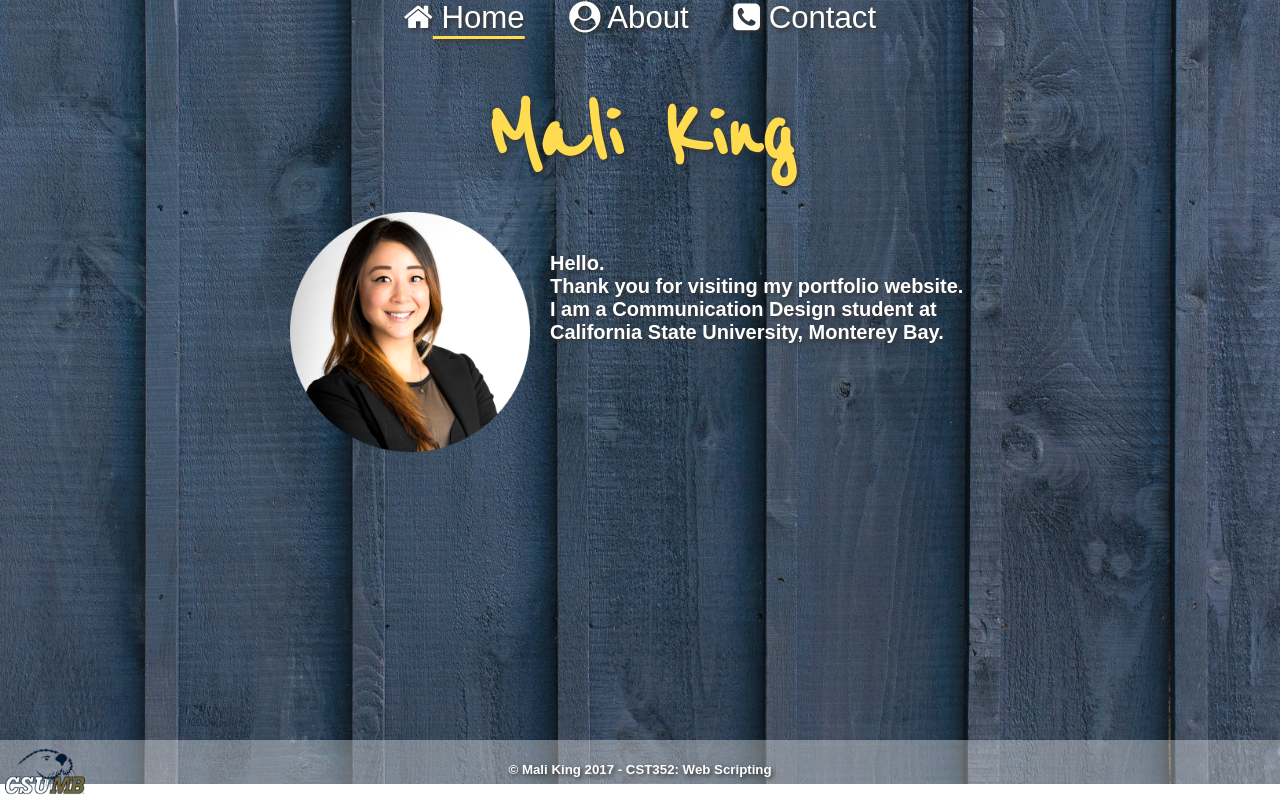
Repository: maliking/making
Page: labs/lab1/index.html
The author's editor kept a record of every edit. The page is drawn from the files as they stood at one moment, then again after the next edit.
The browser window is 1280 px wide. The pictures show the whole page.
Some web fonts or font styles are not loaded; a fallback is used.

Above is the page before.

### labs/lab1/index.html
<!DOCTYPE html>
<html>

    <head>
        <meta charset="utf-8" />
        <meta name="viewport" content="width=device-width, initial-scale=1">
        <title>Mali King: Personal Portfolio</title>
        <link href="https://fonts.googleapis.com/css?family=Mukta+Mahee|Reenie+Beanie" rel="stylesheet">
        <link href="https://maxcdn.bootstrapcdn.com/font-awesome/4.7.0/css/font-awesome.min.css" rel="stylesheet">
        <link href="./css/style.css" rel="stylesheet">

    </head>

    <body>
        <header>
            <nav>
                <a id="active" href="index.html"><i class="fa fa-home"></i> Home</a>
                <a href="about.html"><i class="fa fa-user-circle"></i> About</a>
                <a href="contact.html"><i class="fa fa-phone-square"></i> Contact</a>
            </nav>
            <h1>Mali King</h1>
        </header>

        <section class="clearfix" id="content">
            <img id="headshot" src="img/me.png" />
                <h3>Hello.
                    <br>Thank you for visiting my portfolio website.
                    <br>I am a Communication Design student at California State University, Monterey Bay.
                </h3>
        </section>
        <footer>
            <a href="csumb.edu"><img id="csumb-logo" src="img/csumb.png"></a>
            <h5>&copy; Mali King 2017 - CST352: Web Scripting</h5>
        </footer>
    </body>

</html>

### labs/lab1/css/style.css
html {
    position: relative;
    min-height: 100%;
}

body {
    font-family: 'Mukta Mahee', sans-serif;
    background-image: url('../img/back.jpg');
    background-size: cover;
    background-repeat: no-repeat;
    background-position: center;
    text-shadow: 2px 2px 4px #333;
    color: #fff;
    margin: 0 0 60px;
}

h1 {
    font-family: 'Reenie Beanie', cursive;
    font-size: 100px;
    text-align: center;
    color: #ffdb50;
    margin-top: 20px;
    margin-bottom: 26px;
}

nav {
    text-align: center;
    padding: 0 50px 30px 50px;
}

nav a {
    text-decoration: none;
    color: #fff;
    font-size: 1.95em;
    padding: 20px;
}

nav a:hover {
    text-decoration: overline;
    text-decoration-color: #ffdb50;
    font-size: 2em;
    transition: 0.3s;
}

#active {
    text-decoration: underline;
    text-underline-position: under;
    text-decoration-color: #ffdb50;
}

img#headshot {
    width: 240px;
    float: left;
    padding-right: 20px;
}

img#csumb-logo {
    width: 80px;
    padding: 5px;
    position: absolute;
    left: 0;
    bottom: 0;
}

section {
    max-width: 700px;
    margin: auto;
}

.clearfix {
    overflow: auto;
}

#content h3 {
    font-size: 20px;
    padding-top: 20px;
}

#main-content {
    max-width: 700px;
    margin: auto;
}

table {
    margin: 0px auto;
    text-align: center;
}

td,
th {
    padding: 10px;
    font-size: 1.3em;
}

td {
    background-color: rgba(255, 255, 255, 0.7);
}

th {
    background-color: rgba(0, 0, 0, 0.5);
}

.item {
    color: #ffdb50;
}

footer {
    clear: both;
    width: 100%;
    height: 60px;
    position: absolute;
    bottom: -80px;
    left: 0;
    background-color: rgba(255, 255, 255, 0.35);
    text-align: center;
    overflow: hidden;
}

After the next edit:
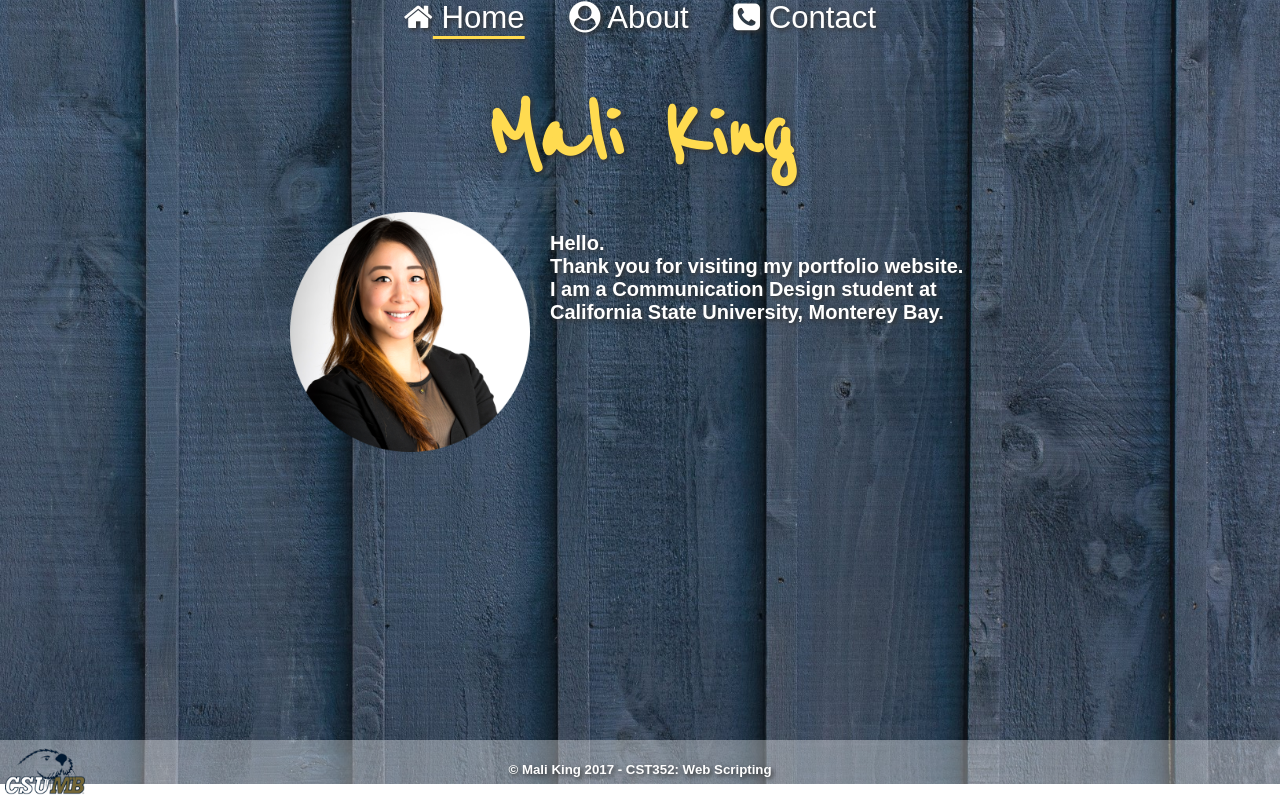
The edit:
--- a/labs/lab1/index.html
+++ b/labs/lab1/index.html
@@ -21,7 +21,7 @@
             <h1>Mali King</h1>
         </header>
 
-        <section class="clearfix" id="content">
+        <section id="content">
             <img id="headshot" src="img/me.png" />
                 <h3>Hello.
                     <br>Thank you for visiting my portfolio website.
